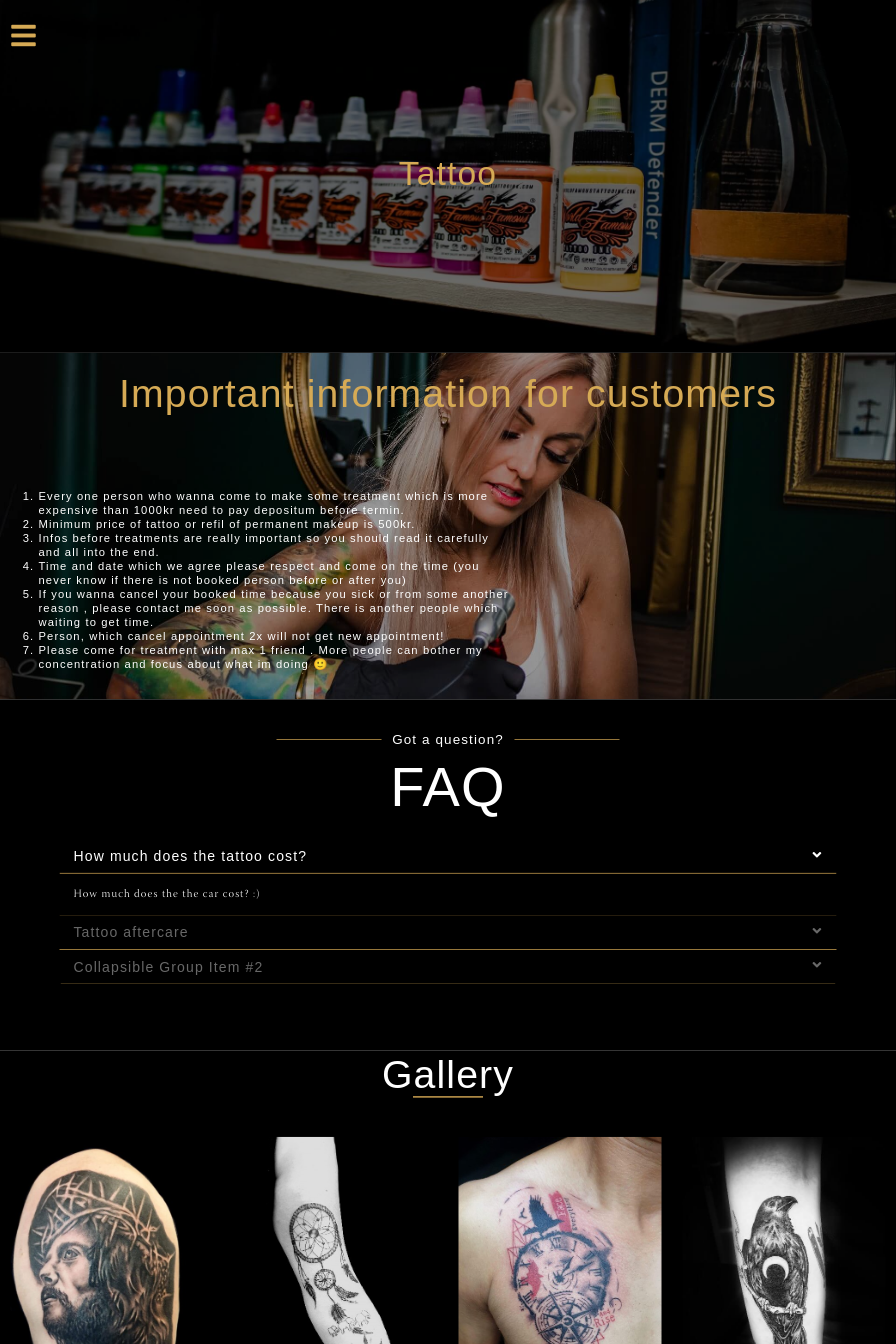
Repository: Spreceriany/TattooWeb
Page: tattoo-en.html
These files come from the project's save history. The page is drawn as it stood at one moment and after the next save; the edit follows.
The browser window is 1280 px wide. The pictures show the part of the page from y = 0 to 1920 px (the page is 3272 px tall before and 3004 px after), at 70% of full size.
Backgrounds fixed to the window are drawn as part of the page. Some web fonts or font styles are not loaded; a fallback is used. Some web libraries are served in a nearby version.

Above is the page before, as saved 2020-04-23 18:56:55.
Console error: TypeError: Cannot read properties of null (reading 'addEventListener')

### tattoo-en.html
<!DOCTYPE html>
<html>
<head>
    <meta charset='utf-8'>
    <meta http-equiv='X-UA-Compatible' content='IE=edge'>
    <title>Tattoo - Manovistudio</title>
    <meta name='viewport' content='width=device-width, initial-scale=1'>
    <link rel='stylesheet' type='text/css' media='screen' href='css/main.css'>

    <link rel="stylesheet" href="https://stackpath.bootstrapcdn.com/bootstrap/4.4.1/css/bootstrap.min.css" integrity="sha384-Vkoo8x4CGsO3+Hhxv8T/Q5PaXtkKtu6ug5TOeNV6gBiFeWPGFN9MuhOf23Q9Ifjh" crossorigin="anonymous">

    <link rel="stylesheet" href="https://use.fontawesome.com/releases/v5.11.2/css/all.css">

    <link rel="stylesheet" href="css/mdb.min.css">

    <link rel="stylesheet" href="css/lightgallery.min.css">

    <link rel="stylesheet" href="css/swiper.css">

    <link rel="stylesheet" href="css/aos.css">

    <link rel="stylesheet" href="css/style.css">
    <link rel="icon" type="image/png" href="/images/favicon-32x32.png" sizes="32x32" />
    <link rel="icon" type="image/png" href="/images/favicon-16x16.png" sizes="16x16" />
</head>
<body>
  <div style="overflow-x:hidden; position:relative">
  <div class="wrapper-tattoo">
    <button class="netflix-nav-btn netflix-open-btn">
   <i class="fas fa-bars fa-2x"></i>
</button>

<h1 class="gold site-section-heading2">Tattoo</h1>


<div class="netflix-nav netflix-nav-black">
   <div class="netflix-nav netflix-nav-red">
       <div class="netflix-nav netflix-nav-white">

           <button class="netflix-nav-btn netflix-close-btn"><i class="fas fa-times"></i></button>

           <img class="netflix-logo" src="images/GOLD.png" alt="ManoviStudio Logo" />

           <ul class="netflix-list">
               <li><a href="index-en.php">Home</a></li>
               <li><a href="index-en.php#about">About</a></li>
               <li><a href="index-en.php-en#services">Services</a></li>
               <li>
                   <ul>
                       <li><a href="tattoo-en.html" class="gold">Tattoo</a></li>
                       <li><a href="beauty-en.html" >Beauty</a></li>
                       <li><a href="piercing-en.html">Piercing</a></li>

                   </ul>
               </li>
               <li><a href="index-en.php#contact">Contact Us</a></li>

              <li>
                <a href="tattoo.html">Danish</a
                ><img
                  src="/images//denmark.svg"
                  alt="danish-flag"
                  class="flag"
                />
              </li>
           </ul>
       </div>
   </div>
</div>




</div>
<div style="overflow-x:hidden; position:relative">
  <div class="container-fluid tattoo-uvod py-4">
    <h2 class="gold  text-center display-4 ">Important information for customers</h2>
    <div class="row pt-5">
      <div class="col-7 pt-5 ">

          <ol class="text-white">
            <li>Every one person who wanna come to make some treatment which is more expensive than 1000kr need to pay depositum before termin. </li>
            <li>Minimum price of tattoo or refil of permanent makeup is 500kr.</li>
            <li>Infos before treatments are really important so you should read it carefully and all into the end. </li>
            <li> Time and date which we agree please respect and come on the time (you never know if there is not booked person before or after you) </li>
            <li> If you wanna cancel your booked time because you sick or from some another reason , please contact me soon as possible. There is another people which waiting to get time. </li>
            <li>Person, which cancel appointment 2x will not get new appointment!</li>
            <li>Please come for treatment with max 1 friend . More people can bother my concentration and focus about what im doing 🙂</li>
          </ol>
      </div>
    </div>
  </div>
<div class="container-fluid black-bg py-5" style="height: auto;"  data-aos="fade" data-aos-duration="2000">
  <div class="container align-items-center flex-column ">
    <div class="text-center" data-aos="zoom-in">
         <h2 class="subtitle fancy text-white" style="font-size: 1.2em;"><span>Got a question?</span></h2>
     <p style="font-size: 5em;" class="mt-5 text-white">FAQ</p>
    </div>


    <div class="accordion md-accordion py-5 " id="accordionEx" role="tablist" aria-multiselectable="true" data-aos="fade" data-aos-duration="2000">

      <!-- Accordion card -->
      <div class="card black-bg">

        <!-- Card header -->
        <div class="card-header panel-heading-active " role="tab" id="headingOne1">
          <a data-toggle="collapse" data-parent="#accordionEx" href="#collapseOne1" aria-expanded="true"
            aria-controls="collapseOne1">
            <h5 class="mb-0 ">
              How much does the tattoo cost? <i class="fas fa-angle-down rotate-icon float-right"></i>
            </h5>
          </a>
        </div>

        <!-- Card body -->
        <div id="collapseOne1" class="collapse show" role="tabpanel" aria-labelledby="headingOne1"
          data-parent="#accordionEx">
          <div class="card-body">
         How much does the the car cost? :)
          </div>
        </div>

      </div>
      <!-- Accordion card -->

      <!-- Accordion card -->
      <div class="card  black-bg">

        <!-- Card header -->
        <div class="card-header panel-heading-active" role="tab" id="headingTwo2">
          <a class="collapsed" data-toggle="collapse" data-parent="#accordionEx" href="#collapseTwo2"
            aria-expanded="false" aria-controls="collapseTwo2">
            <h5 class="mb-0 ">
              Tattoo aftercare <i class="fas fa-angle-down rotate-icon float-right"></i>
            </h5>
          </a>
        </div>

        <!-- Card body -->
        <div id="collapseTwo2" class="collapse" role="tabpanel" aria-labelledby="headingTwo2"
          data-parent="#accordionEx">
          <div class="card-body">


           <ol>
             <li>
               <h6>With protection film</h6>
               <p class="second-font">Leave Protective Film  3 days on tattoo. Could be hard to pull off the skin, simply let some warm water run under the tattoo film, so that the glue becomes tender and removal of the film is easier. You may also use tattoo cream to rub under the film with clean fingers to in order to remove the glue.
              </p>
             </li>
             <li>
               <h6>APPLY A THIN LAYER OF UNSCENTED MOISTURISING CREAM</h6>
               <p class="second-font">You should then apply a thin layer of an unscented moisturising cream like PHANTHENOL – we will tell you which we recommend. 3-5 times a day</p>
             </li>

 <li>
               <h6>KEEP THE TATTOO CLEAN AND DRY</h6>
               <p class="second-font">Keep the tattoo clean and dry, and avoid soaking it in water for at least a month (showers are ok, baths are not). If your clothes are likely to rub on it, keep it covered with gauze/clingfilm and medical tape.</p>
             </li>
             <li>
              <h6>AVOID DIRECT SUNLIGHT</h6>
              <p class="second-font">Avoid exposing it to direct sunlight unless necessary. Healed tattoos, especially coloured ones, can fade in the sun – so when it's completely healed, make sure it's covered in a high SPF if you're going to be catching some rays.</p>
            </li>
            <li>
              <h6> BE PATIENT WITH HEALING TIMES</h6>
              <p class="second-font">Healing times depend on how well you heal and the size of the design. This can range anywhere from around a week for simple, small line designs, to several months for complex, larger designs. Keep following your aftercare instructions for as long as the artist told you to, and make sure the tattoo is kept well-moisturised and clean for a good few months after that, avoiding abrasive skin products.</p>
            </li>
            <li>
              <h6>DO. NOT. ITCH.</h6>
              <p class="second-font">As the tattoo heals, it may scab or flake slightly. Avoid picking at it, as this may remove the ink in that area and lead to patches fading or being removed altogether. If it itches, don't scratch – slap it lightly instead. This should only last for the first few weeks or so – if it stays raised, itches uncontrollably, is red around the design, keeps bleeding for more than a day or so after having it done, or is continuously hot to the touch, go back to your artist or seek medical advice. Infected tattoos are very rare but can happen, and it's always worth getting it checked out if you're worried about it.</p>
            </li>
            <li>
              <h6>COME  BACK TO THE STUDIO FOR TOUCH UPS, IF NEEDED</h6>
              <p class="second-font">If you do lose ink, our studio will retouch it for free – bad tattoos and service lead to bad reputations, so it's in their interests to make sure you're happy with the final product. After about 5 weeks, come back if you need touch-ups on any area of the tattoo. WE WANT YOU TO BE HAPPY .
                ! Cover Max 6 months from date of treatment 😉 !</p>
            </li>
           </ol>
          </div>
        </div>

      </div>
      <!-- Accordion card -->

      <!-- Accordion card -->


      <div class="card  black-bg">

        <!-- Card header -->
        <div class="card-header panel-heading-active" role="tab" id="headingThree3">
          <a class="collapsed" data-toggle="collapse" data-parent="#accordionEx" href="#collapseThree3"
            aria-expanded="false" aria-controls="collapseThree3">
            <h5 class="mb-0 ">
              Collapsible Group Item #2 <i class="fas fa-angle-down rotate-icon float-right"></i>
            </h5>
          </a>
        </div>

        <!-- Card body -->
        <div id="collapseThree3" class="collapse" role="tabpanel" aria-labelledby="headingThree3"
          data-parent="#accordionEx">
          <div class="card-body">
            Anim pariatur cliche reprehenderit, enim eiusmod high life accusamus terry richardson ad squid. 3
            wolf moon officia aute, non cupidatat skateboard dolor brunch. Food truck quinoa nesciunt laborum
            eiusmod. Brunch 3 wolf moon tempor, sunt aliqua put a bird on it squid single-origin coffee nulla
            assumenda shoreditch et. Nihil anim keffiyeh helvetica, craft beer labore wes anderson cred
            nesciunt sapiente ea proident. Ad vegan excepteur butcher vice lomo. Leggings occaecat craft beer
            farm-to-table, raw denim aesthetic synth nesciunt you probably haven't heard of them accusamus
            labore sustainable VHS.
          </div>
        </div>

      </div>

        <!-- Accordion card -->

      </div>
<!-- Accordion wrapper -->

  </div>
</div>




<div class="site-wrap"  data-aos="fade">





  <div   data-aos="fade">
    <div class="container-fluid bg-black">

      <div class="row justify-content-center">

        <div class="col-md-7">
          <div class="row mb-5">
            <div class="col-12 ">
              <h2 class="site-section-heading text-center text-white">Gallery</h2>
            </div>
          </div>
        </div>

      </div>
      <div class="row gallery-container" id="lightgallery">
        <div class="col-sm-6 col-md-4 col-lg-4 col-xl-3 item img-gallery center-images-tattoo image-box" data-aos="fade" data-src="images/tattoo/IMG_1086.jpg" data-sub-html="<h4>Fading Light</h4><p>Lorem ipsum dolor sit amet, consectetur adipisicing elit. Dolor doloremque hic excepturi fugit, sunt impedit fuga tempora, ad amet aliquid?</p>">
          <a href="#"><img src="images/tattoo/IMG_1086.jpg" alt="Tattoo-image" class="img-fluid img-resize2"></a>
        </div>
        <div class="col-sm-6 col-md-4 col-lg-4 col-xl-3 item img-gallery center-images-tattoo image-box" data-aos="fade" data-src="images/tattoo/IMG_1089.jpg" data-sub-html="<h4>Fading Light</h4><p>Lorem ipsum dolor sit amet, consectetur adipisicing elit. Laboriosam omnis quaerat molestiae, praesentium. Ipsam, reiciendis. Aut molestiae animi earum laudantium.</p>">
          <a href="#"><img src="images/tattoo/IMG_1089.jpg" alt="Tattoo-image" class="img-fluid img-resize2"></a>
        </div>
        <div class="col-sm-6 col-md-4 col-lg-4 col-xl-3 item img-gallery  center-images-tattoo image-box" data-aos="fade" data-src="images/tattoo/IMG_1090.jpg" data-sub-html="<h4>Fading Light</h4><p>Lorem ipsum dolor sit amet, consectetur adipisicing elit. Quidem reiciendis, dolorum illo temporibus culpa eaque dolore rerum quod voluptate doloribus.</p>">
          <a href="#"><img src="images/tattoo/IMG_1090.jpg" alt="Tattoo-image" class="img-fluid img-resize2"></a>
        </div>
        <div class="col-sm-6 col-md-4 col-lg-4 col-xl-3 item img-gallery  center-images-tattoo image-box" data-aos="fade" data-src="images/tattoo/IMG_1095.jpg" data-sub-html="<h4>Fading Light</h4><p>Lorem ipsum dolor sit amet, consectetur adipisicing elit. Enim perferendis quae iusto omnis praesentium labore tempore eligendi quo corporis sapiente.</p>">
          <a href="#"><img src="images/tattoo/IMG_1095.jpg" alt="Tattoo-image" class="img-fluid img-resize2"></a>
        </div>
        <div class="col-sm-6 col-md-4 col-lg-4 col-xl-3 item img-gallery  center-images-tattoo image-box" data-aos="fade" data-src="images/tattoo/IMG_1102.jpg" data-sub-html="<h4>Fading Light</h4><p>Lorem ipsum dolor sit amet, consectetur adipisicing elit. Saepe, voluptatum voluptate tempore aliquam, dolorem distinctio. In quas maiores tenetur sequi.</p>">
          <a href="#"><img src="images/tattoo/IMG_1102.jpg" alt="Tattoo-image" class="img-fluid img-resize2"></a>
        </div>
        <div class="col-sm-6 col-md-4 col-lg-4 col-xl-3 item img-gallery  center-images-tattoo image-box" data-aos="fade" data-src="images/tattoo/IMG_1103.jpg" data-sub-html="<h4>Fading Light</h4><p>Lorem ipsum dolor sit amet, consectetur adipisicing elit. Saepe, voluptatum voluptate tempore aliquam, dolorem distinctio. In quas maiores tenetur sequi.</p>">
          <a href="#"><img src="images/tattoo/IMG_1103.jpg" alt="Tattoo-image" class="img-fluid img-resize2"></a>
        </div>
        <div class="col-sm-6 col-md-4 col-lg-4 col-xl-3 item img-gallery  center-images-tattoo image-box" data-aos="fade" data-src="images/tattoo/IMG_1454.jpg" data-sub-html="<h4>Fading Light</h4><p>Lorem ipsum dolor sit amet, consectetur adipisicing elit. Saepe, voluptatum voluptate tempore aliquam, dolorem distinctio. In quas maiores tenetur sequi.</p>">
          <a href="#"><img src="images/tattoo/IMG_1454.jpg" alt="Tattoo-image" class="img-fluid img-resize2"></a>
        </div>
        <div class="col-sm-6 col-md-4 col-lg-4 col-xl-3 item img-gallery  center-images-tattoo image-box" data-aos="fade" data-src="images/tattoo/IMG_1877.jpg" data-sub-html="<h4>Fading Light</h4><p>Lorem ipsum dolor sit amet, consectetur adipisicing elit. Saepe, voluptatum voluptate tempore aliquam, dolorem distinctio. In quas maiores tenetur sequi.</p>">
          <a href="#"><img src="images/tattoo/IMG_1877.jpg" alt="Tattoo-image" class="img-fluid img-resize2"></a>
        </div>
        <div class="col-sm-6 col-md-4 col-lg-4 col-xl-3 item img-gallery  center-images-tattoo image-box" data-aos="fade" data-src="images/tattoo/IMG_1878.jpg" data-sub-html="<h4>Fading Light</h4><p>Lorem ipsum dolor sit amet, consectetur adipisicing elit. Saepe, voluptatum voluptate tempore aliquam, dolorem distinctio. In quas maiores tenetur sequi.</p>">
          <a href="#"><img src="images/tattoo/IMG_1878.jpg" alt="Tattoo-image" class="img-fluid img-resize2"></a>
        </div>
        <div class="col-sm-6 col-md-4 col-lg-4 col-xl-3 item img-gallery  center-images-tattoo image-box" data-aos="fade" data-src="images/tattoo/IMG_1879.jpg" data-sub-html="<h4>Fading Light</h4><p>Lorem ipsum dolor sit amet, consectetur adipisicing elit. Saepe, voluptatum voluptate tempore aliquam, dolorem distinctio. In quas maiores tenetur sequi.</p>">
          <a href="#"><img src="images/tattoo/IMG_1879.jpg" alt="Tattoo-image" class="img-fluid img-resize2"></a>
        </div>
        <div class="col-sm-6 col-md-4 col-lg-4 col-xl-3 item img-gallery  center-images-tattoo image-box" data-aos="fade" data-src="images/tattoo/IMG_1884.jpg" data-sub-html="<h4>Fading Light</h4><p>Lorem ipsum dolor sit amet, consectetur adipisicing elit. Saepe, voluptatum voluptate tempore aliquam, dolorem distinctio. In quas maiores tenetur sequi.</p>">
          <a href="#"><img src="images/tattoo/IMG_1884.jpg" alt="Tattoo-image" class="img-fluid img-resize2"></a>
        </div>
        <div class="col-sm-6 col-md-4 col-lg-4 col-xl-3 item img-gallery  center-images-tattoo image-box" data-aos="fade" data-src="images/tattoo/arm_photo" data-sub-html="<h4>Fading Light</h4><p>Lorem ipsum dolor sit amet, consectetur adipisicing elit. Saepe, voluptatum voluptate tempore aliquam, dolorem distinctio. In quas maiores tenetur sequi.</p>">
          <a href="#"><img src="images/tattoo/arm_photo.jpg" alt="Tattoo-image" class="img-fluid img-resize2"></a>
        </div>







      </div>
    </div>
  </div>






  </div>


<div class="container-fluid px-0"  >
      <!--- Footer -->
      <footer class="footer-bs">
        <div class="row">
          <div class="col-md-4 footer-brand animated fadeInLeft d-flex col-12">
            <img
              src="images/GOLD.png"
              alt=""
              class=" d-flex justify-content-center align-self-center logo-footer mx-auto"
            />
          </div>
          <div class="col-12 col-md-4 text-center justify-content-center align-content-center d-flex   ">
            <p class="align-self-center mb-sm-4 gray">All right reserved &copy;</p>
          </div>

          <div
            class="col-md-4 col-12 footer-social animated fadeInDown d-flex flex-column mx-auto text-center justify-content-center align-items-center  "
          >
            <h4 class="gray">Follow Us</h4>
            <ul class="text-center flex-row d-flex mx-1">
              <li>
                <a href="https://www.instagram.com/alex_manovi_tattoo/">
                  <i class="fab fa-instagram fa-2x mb-1 ikonka hvr-bob" aria-hidden="true"></i>
                </a>
              </li>
              <li>
                <a href="https://www.facebook.com/manovistudio/">
                  <i class="fab fa-facebook fa-2x ikonka hvr-bob" aria-hidden="true"></i>
                </a>
              </li>
            </ul>
          </div>

        </div>
      </footer>
    </div>
</div>
  </div>
</body>
     <!-- Optional JavaScript -->
    <!-- jQuery first, then Popper.js, then Bootstrap JS -->
    <script  src="js/jquery-3.3.1.min.js"></script>
  <script defer src="js/swiper.min.js"></script>
  <script src="js/aos.js"></script>

  <script defer src="js/lightgallery-all.min.js"></script>

  <script src="js/main.js"></script>
  <script defer src="js/bootstrap.min.js"></script>
  <script src="js/js.js"></script>
  <script>
    $(document).ready(function () {
      $('#lightgallery').lightGallery();
    });
  </script>
  </body>
</html>

Loaded but not shown: css/mdb.min.css (library); css/lightgallery.min.css (library); css/swiper.css (library); css/aos.css (library); js/jquery-3.3.1.min.js (library); js/aos.js (library); js/swiper.min.js (library); js/lightgallery-all.min.js (library); js/bootstrap.min.js (library); js/main.js (294 lines, source omitted); js/js.js (142 lines, source omitted); css/style.css (1190 lines, source omitted); css/main.css (1996 lines, source omitted)

After the next save:
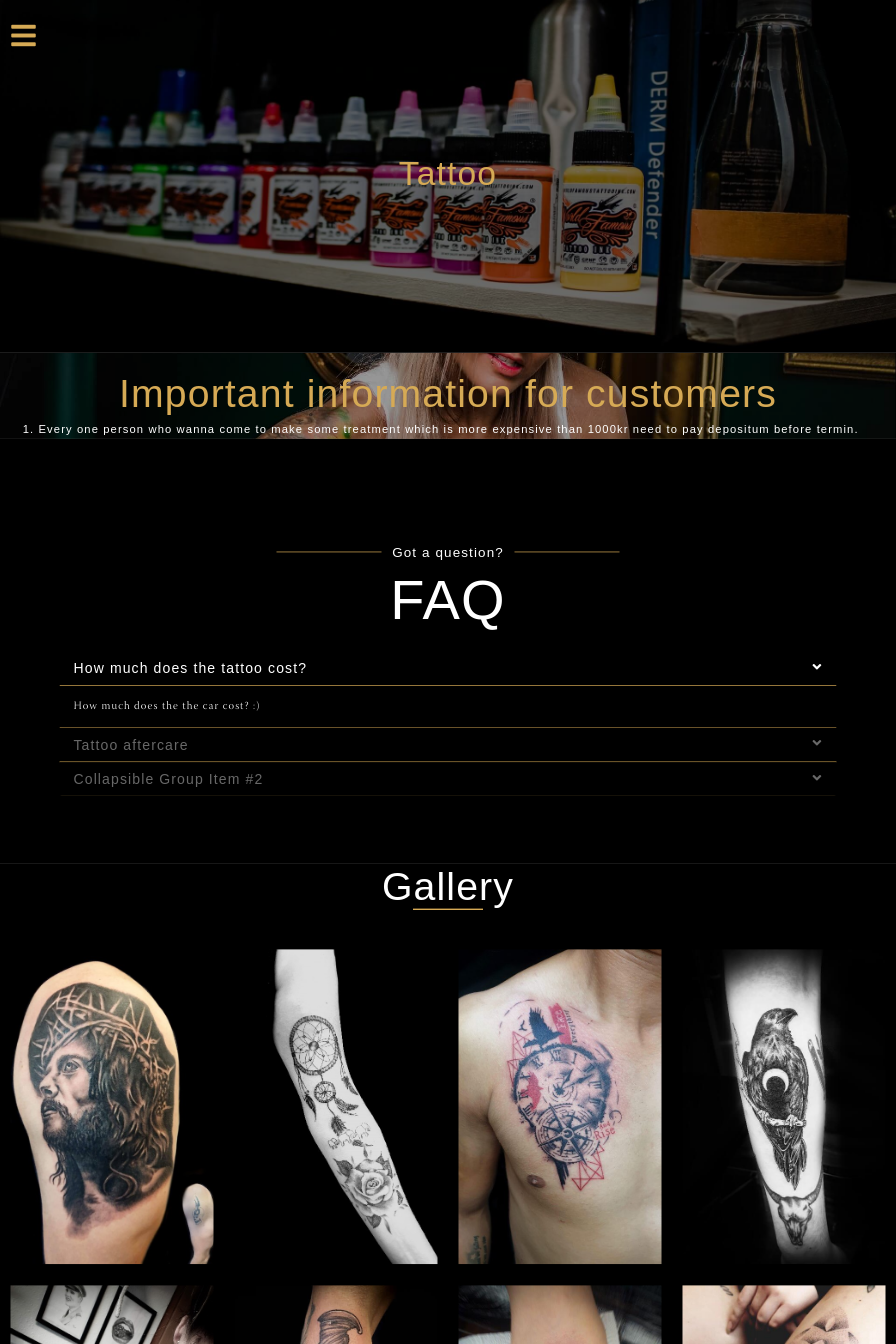
Saved 65 s later.
--- a/tattoo-en.html
+++ b/tattoo-en.html
@@ -75,10 +75,9 @@
 <div style="overflow-x:hidden; position:relative">
   <div class="container-fluid tattoo-uvod py-4">
     <h2 class="gold  text-center display-4 ">Important information for customers</h2>
-    <div class="row pt-5">
-      <div class="col-7 pt-5 ">
-
-          <ol class="text-white">
+
+
+          <ol class="text-white float-right">
             <li>Every one person who wanna come to make some treatment which is more expensive than 1000kr need to pay depositum before termin. </li>
             <li>Minimum price of tattoo or refil of permanent makeup is 500kr.</li>
             <li>Infos before treatments are really important so you should read it carefully and all into the end. </li>
@@ -87,8 +86,7 @@
             <li>Person, which cancel appointment 2x will not get new appointment!</li>
             <li>Please come for treatment with max 1 friend . More people can bother my concentration and focus about what im doing 🙂</li>
           </ol>
-      </div>
-    </div>
+
   </div>
 <div class="container-fluid black-bg py-5" style="height: auto;"  data-aos="fade" data-aos-duration="2000">
   <div class="container align-items-center flex-column ">
